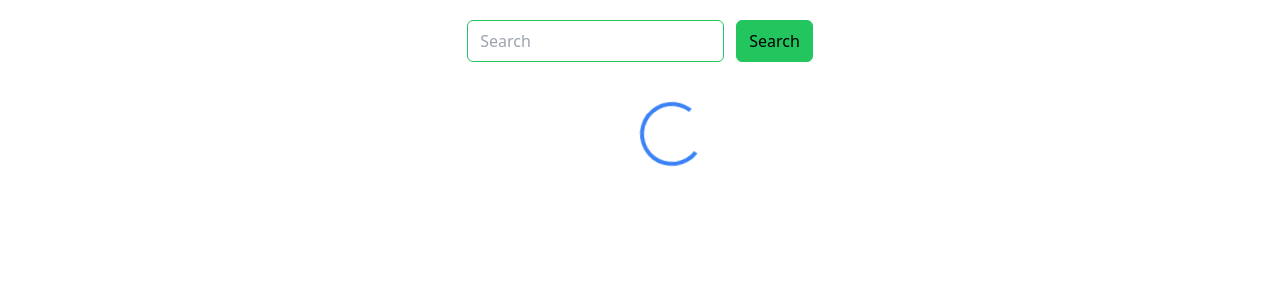
Repository: kimhieu153255/Image-search-app
Page: /
These files come from the project's save history. The page is drawn as it stood at one moment and after the next save; the edit follows.
The browser window is 1280 px wide. The pictures show the whole page.
The page's requests for data from a server got no answer. The project was rebuilt for these pictures with package versions that can differ from the ones it lists, and the page was loaded fresh each time. No one was signed in, and anything a server would have sent is missing. Also part of the build but not shown: vite.config.js, src/Components/Card/Card.jsx.

Above is the page before, as saved 2023-10-27 00:46:32.

After the next save:
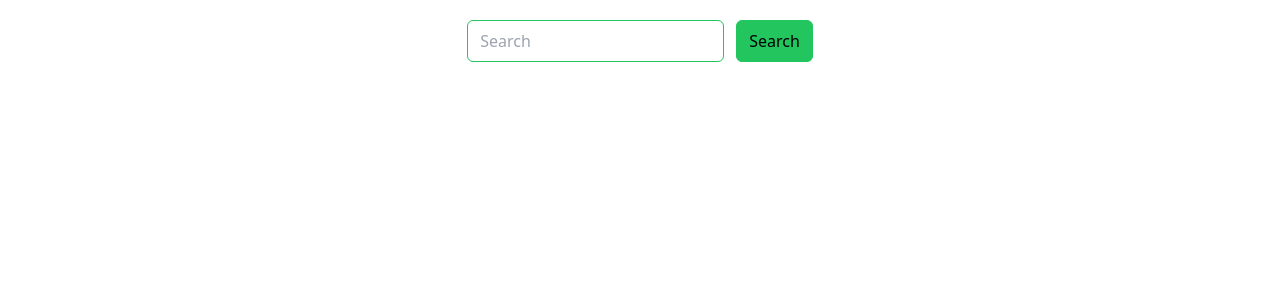
Saved 30 s later.
--- a/src/App.jsx
+++ b/src/App.jsx
@@ -14,7 +14,7 @@
       const viewHeight = document.body.scrollHeight;
       if (scrollY + windowHeight >= viewHeight) setDataFunc(page + 1);
     }
-    window.addEventListener("scroll", handleScroll);
+    window.addEventListener("scroll", () => handleScroll);
     return () => {
       window.removeEventListener("scroll", handleScroll);
     };

After the 2 saves that followed:
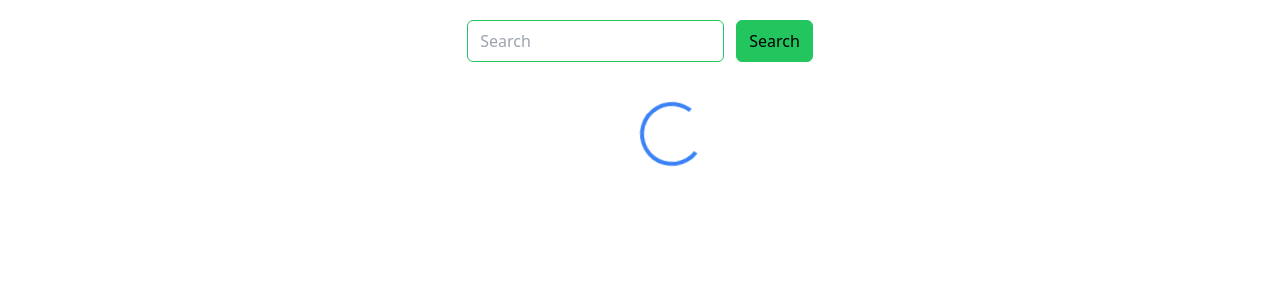
The 2 saves are shown as one change because 1 left the picture as it was.
The last was saved 32 s later.
--- a/src/App.jsx
+++ b/src/App.jsx
@@ -14,7 +14,7 @@
       const viewHeight = document.body.scrollHeight;
       if (scrollY + windowHeight >= viewHeight) setDataFunc(page + 1);
     }
-    window.addEventListener("scroll", () => handleScroll);
+    window.addEventListener("scroll", handleScroll);
     return () => {
       window.removeEventListener("scroll", handleScroll);
     };
